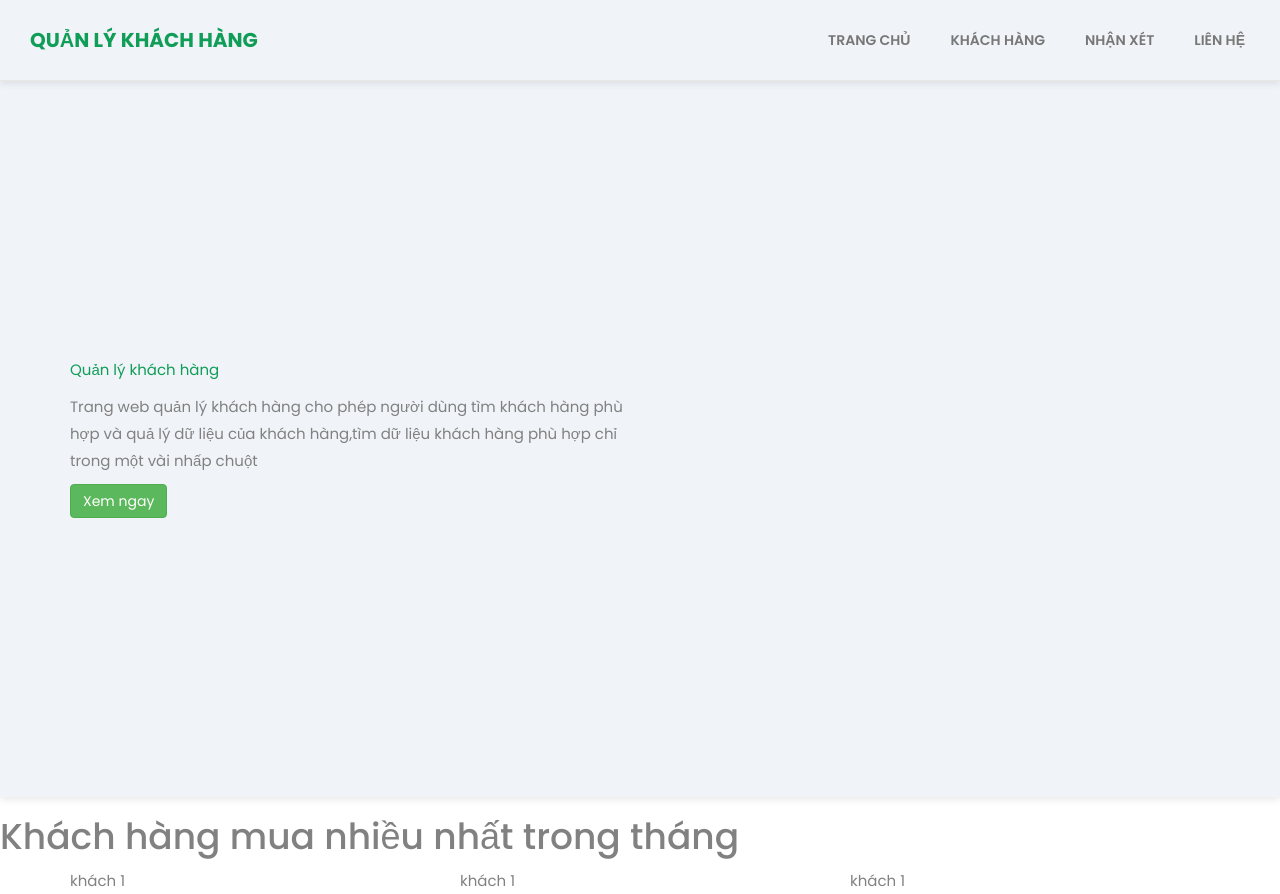
Repository: huutien1904/bt2-ltw
Page: index.html
An editor plug-in stored every save of this project. The page is shown before and after the next save, followed by the edit.
The browser window is 1280 px wide. The pictures show the whole page.

Above is the page before, as saved 2021-11-04 00:31:35.

After the next save:
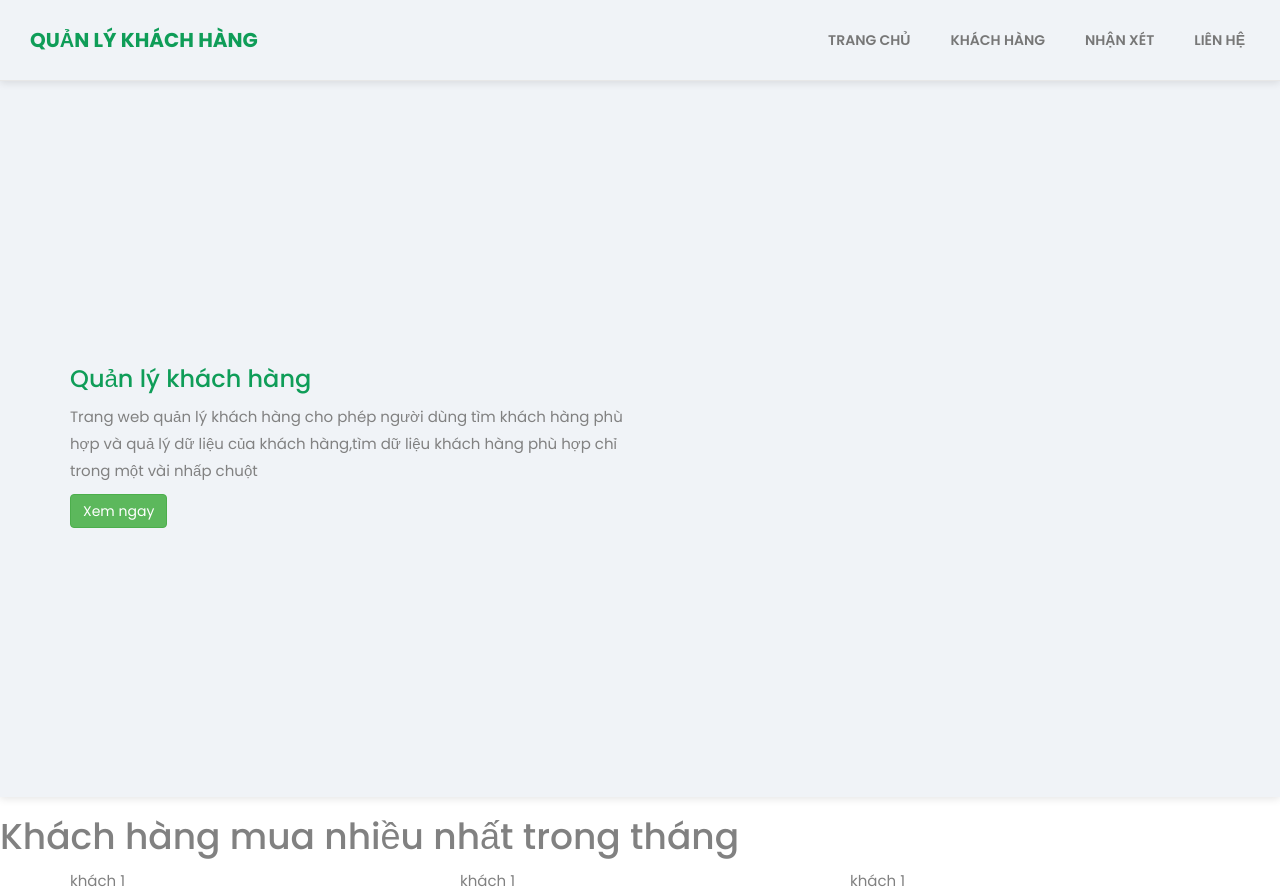
Saved 13 s later.
--- a/index.html
+++ b/index.html
@@ -49,7 +49,7 @@
       <div class="row">
         <div class="col-md-6 col-xs-12 ">
           <div class="">
-            <p class="slogan">Quản lý khách hàng</p>
+            <h3 class="slogan">Quản lý khách hàng</h3>
             <p class="">
               Trang web quản lý khách hàng cho phép người dùng tìm khách hàng phù hợp và quả lý dữ liệu của khách hàng,tìm dữ liệu khách hàng phù hợp chỉ trong một vài nhấp chuột
             </p>
